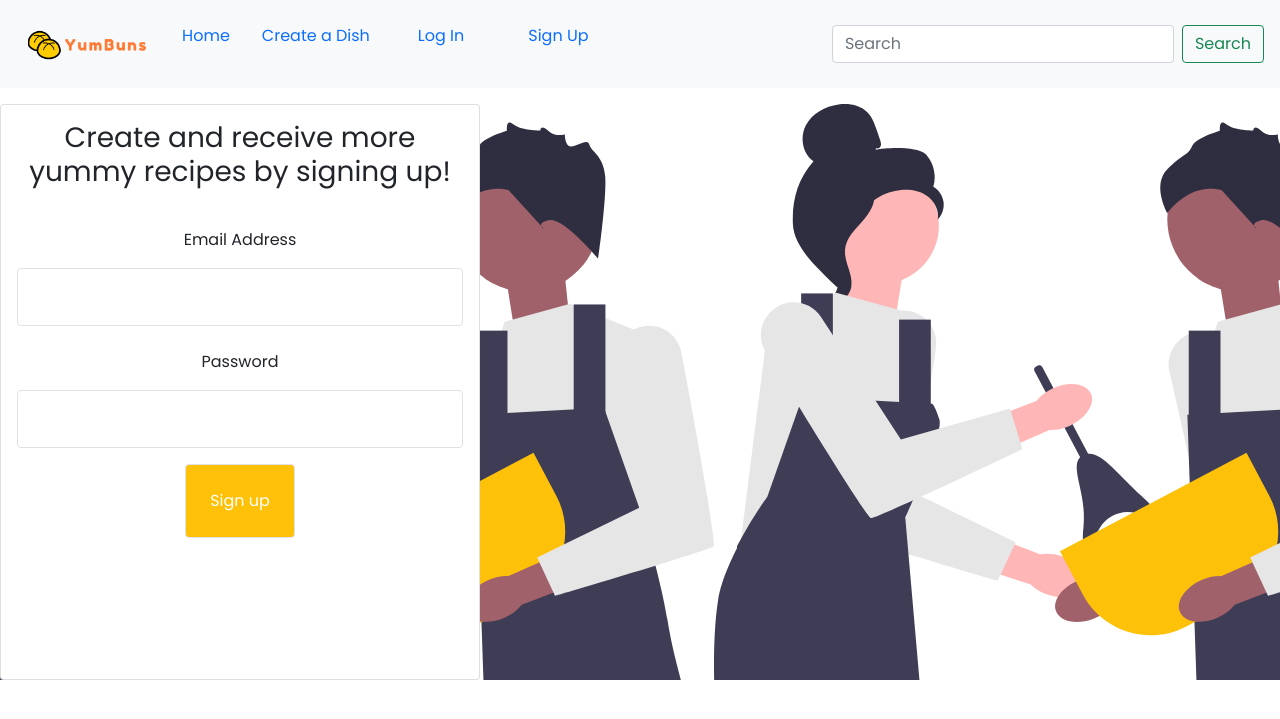
Repository: mottad14/yumBuns
Page: /signup (app in client/)
An editor plug-in stored every save of this project. The page is shown before and after the next save, followed by the edit.
The browser window is 1280 px wide. The pictures show the whole page.
Some web fonts or font styles are not loaded; a fallback is used. The project was rebuilt for these pictures with package versions that can differ from the ones it lists, and the page was loaded fresh each time. Also part of the build but not shown: client/src/components/RecipePreview.js, client/src/views/Main.js, client/src/views/Login.js, client/src/views/Create.js, client/src/views/Recipe.js, client/src/components/SubscribePop.css, client/src/components/SignUp.jsx, client/src/components/SubscribePop.js.

Above is the page before, as saved 2022-07-30 10:07:14.

After the next save:
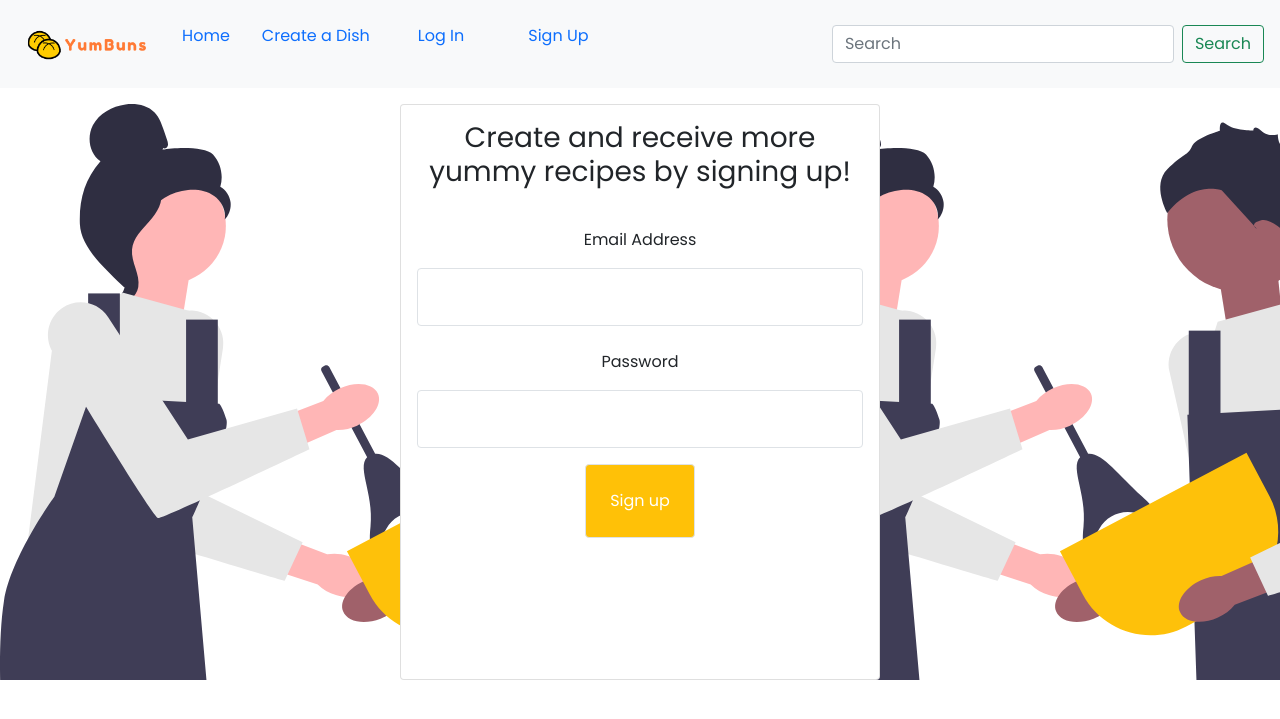
Saved 24 s later.
--- a/client/src/views/NewAccount.js
+++ b/client/src/views/NewAccount.js
@@ -28,7 +28,7 @@ const Signup = () => {
   return (
       <div style={{ backgroundImage: `url(${cooking})` }}>
     <div style={{ display: 'flex',
-        height: '80vh'}}>
+        height: '80vh', justifyContent: "center"}}>
     <Card className="d-flex justify-content-center text-center" style={{ width: '30rem' }}>
       <Card.Body>
           <h3 className='text-center mb-4'> Create and receive more yummy recipes by signing up!</h3>
